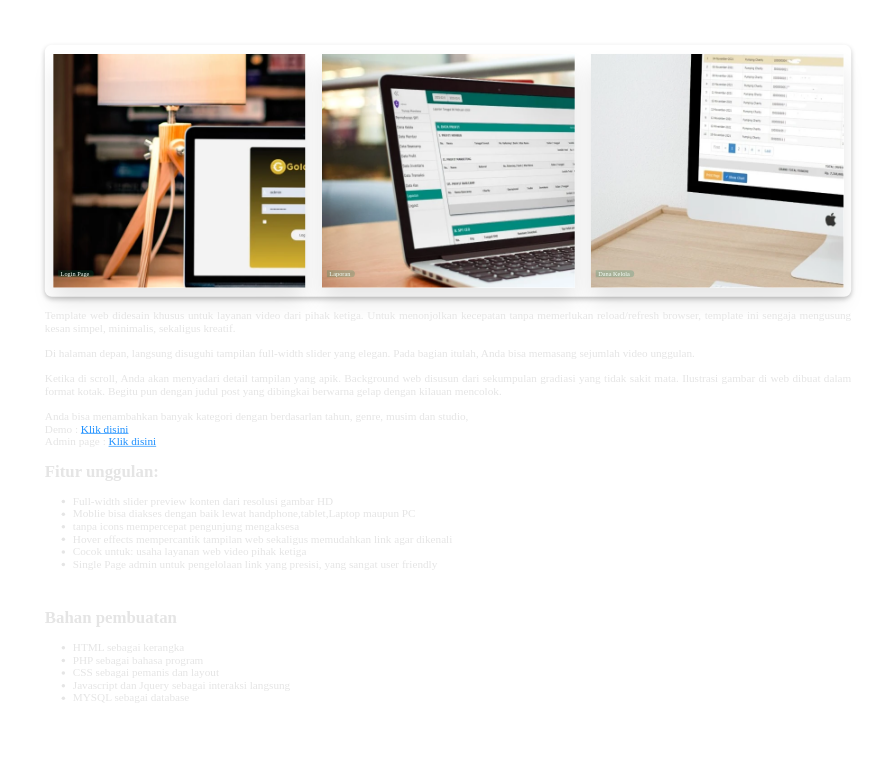
Repository: yusup-maulana/yusup-maulana.github.io
Page: portofolio-webanime.html
An editor plug-in stored every save of this project. The page is shown before and after the next save, followed by the edit.
The browser window is 1280 px wide. The pictures show the part of the page from y = 0 to 1920 px (the page is 1086 px tall before and 3086 px after), at 70% of full size.
Some web fonts or font styles are not loaded; a fallback is used.

Above is the page before, as saved 2023-03-15 17:17:00.

### portofolio-webanime.html
<style type="text/css">
  @import url("https://fonts.googleapis.com/css?family=Baloo+Chettan+2&display=swap");

  .body2::-webkit-scrollbar {
    width: 0.5em;
  }

  .body2::-webkit-scrollbar-track {
    box-shadow: inset 0 0 6px rgb(167 167 167 / 41%);
    background-color: #061e29;
  }

  .body2::-webkit-scrollbar-thumb {
    background-color: #00f1ffab;
  }

  .body2 {
    font-family: "Baloo Chettan 2";
    color: #e5e5e5;
    margin: 2%;
    text-align: justify;
    padding: 3%;
  }

  .body2 a {
    color: dodgerblue;
  }

  /* table wisata ...................*/
  .twisata {
  }

  .twisata tr {
    background: linear-gradient(90deg, #1193a1, transparent);
    color: white;
    font-weight: 900;
    border: 3px solid #ffffff;
  }

  .twisata tr td {
  }

  .twisata tr td span {
    background: #bdffda;
    font-weight: 900;
    padding: 1px 6px;
    border-radius: 5px;
    color: #08102b;
  }

  /* wisata-container ...................*/
  .container-wisata {
    box-shadow: rgb(0 0 0 / 24%) 0px 3px 8px;
    display: flex;
    width: 100%;
    padding: 1% 0%;
    box-sizing: border-box;
    height: 50vh;
    border-radius: 10px;
  }

  .boxwisata {
    flex: 1;
    overflow: hidden;
    transition: 0.5s;
    margin: 1px 1%;
    box-shadow: 0 20px 30px rgba(0, 0, 0, 0.1);
    line-height: 0;
  }

  .boxwisata > img {
    width: 200%;
    height: calc(100% - 10vh);
    object-fit: cover;
    transition: 0.5s;
    height: 100% !important;
  }

  .boxwisata > span {
    position: relative;
    left: 7px;
    font-size: xx-small;
    color: #f5fff7 !important;
    bottom: 20px;
    white-space: nowrap;
    background-color: rgb(1 118 74 / 20%);
    padding: 0 6px 0 4px;
    border-radius: 0 10px 10px 0;
  }

  .boxwisata:hover {
    flex: 1 1 50%;
  }

  .boxwisata:hover > img {
    width: 100%;
    height: 100%;
  }
</style>
<div class="container-wisata">
  <div class="boxwisata">
    <img alt="Curug Cipalasari" src="IMG/pumpingcharity/man.pumpingc1.webp" />
    <span>Login Page</span>
  </div>
  <div class="boxwisata">
    <img alt="Curug Cipalasari" src="IMG/pumpingcharity/man.pumpingc2.webp" />
    <span>Laporan</span>
  </div>
  <div class="boxwisata">
    <img alt="Curug Cipalasari" src="IMG/pumpingcharity/man.pumpingc3.webp" />
    <span>Dana Kelola</span>
  </div>
</div>
<br />

<body class="body2">
  Template web didesain khusus untuk layanan video dari pihak ketiga. Untuk
  menonjolkan kecepatan tanpa memerlukan reload/refresh browser, template ini
  sengaja mengusung kesan simpel, minimalis, sekaligus kreatif. <br /><br />
  Di halaman depan, langsung disuguhi tampilan full-width slider yang elegan.
  Pada bagian itulah, Anda bisa memasang sejumlah video unggulan.
  <br /><br />
  Ketika di scroll, Anda akan menyadari detail tampilan yang apik. Background
  web disusun dari sekumpulan gradiasi yang tidak sakit mata. Ilustrasi gambar
  di web dibuat dalam format kotak. Begitu pun dengan judul post yang dibingkai
  berwarna gelap dengan kilauan mencolok.
  <br /><br />
  Anda bisa menambahkan banyak kategori dengan berdasarlan tahun, genre, musim
  dan studio, <br />
  Demo :
  <a target="_blank" href="https://maulanaproject1.000webhostapp.com/"
    >Klik disini</a
  ><br />
  Admin page :
  <a
    target="_blank"
    href="https://maulanaproject1.000webhostapp.com/anime/admin_utama.php"
    >Klik disini</a
  ><br />
  <h2>Fitur unggulan:</h2>
  <ul>
    <li>Full-width slider preview konten dari resolusi gambar HD</li>
    <li>
      Moblie bisa diakses dengan baik lewat handphone,tablet,Laptop maupun PC
    </li>
    <li>tanpa icons mempercepat pengunjung mengaksesa</li>
    <li>
      Hover effects mempercantik tampilan web sekaligus memudahkan link agar
      dikenali
    </li>
    <li>Cocok untuk: usaha layanan web video pihak ketiga</li>
    <li>
      Single Page admin untuk pengelolaan link yang presisi, yang sangat user
      friendly
    </li>
  </ul>
  <br />
  <h2>Bahan pembuatan</h2>
  <ul>
    <li>HTML sebagai kerangka</li>
    <li>PHP sebagai bahasa program</li>
    <li>CSS sebagai pemanis dan layout</li>
    <li>Javascript dan Jquery sebagai interaksi langsung</li>
    <li>MYSQL sebagai database</li>
  </ul>
</body>

After the next save:
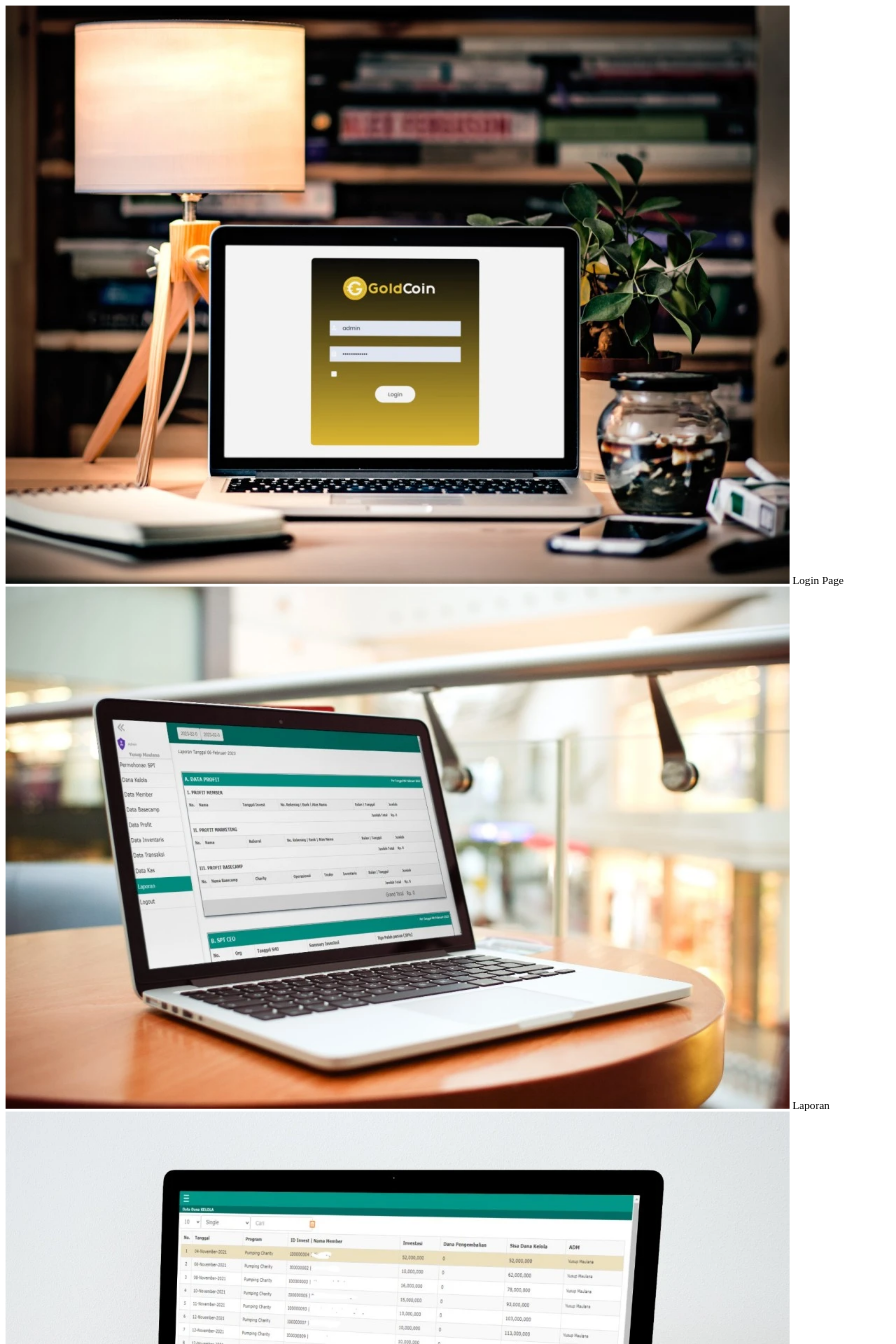
Saved 53 s later.
--- a/portofolio-webanime.html
+++ b/portofolio-webanime.html
@@ -1,101 +1,5 @@
 <style type="text/css">
   @import url("https://fonts.googleapis.com/css?family=Baloo+Chettan+2&display=swap");
-
-  .body2::-webkit-scrollbar {
-    width: 0.5em;
-  }
-
-  .body2::-webkit-scrollbar-track {
-    box-shadow: inset 0 0 6px rgb(167 167 167 / 41%);
-    background-color: #061e29;
-  }
-
-  .body2::-webkit-scrollbar-thumb {
-    background-color: #00f1ffab;
-  }
-
-  .body2 {
-    font-family: "Baloo Chettan 2";
-    color: #e5e5e5;
-    margin: 2%;
-    text-align: justify;
-    padding: 3%;
-  }
-
-  .body2 a {
-    color: dodgerblue;
-  }
-
-  /* table wisata ...................*/
-  .twisata {
-  }
-
-  .twisata tr {
-    background: linear-gradient(90deg, #1193a1, transparent);
-    color: white;
-    font-weight: 900;
-    border: 3px solid #ffffff;
-  }
-
-  .twisata tr td {
-  }
-
-  .twisata tr td span {
-    background: #bdffda;
-    font-weight: 900;
-    padding: 1px 6px;
-    border-radius: 5px;
-    color: #08102b;
-  }
-
-  /* wisata-container ...................*/
-  .container-wisata {
-    box-shadow: rgb(0 0 0 / 24%) 0px 3px 8px;
-    display: flex;
-    width: 100%;
-    padding: 1% 0%;
-    box-sizing: border-box;
-    height: 50vh;
-    border-radius: 10px;
-  }
-
-  .boxwisata {
-    flex: 1;
-    overflow: hidden;
-    transition: 0.5s;
-    margin: 1px 1%;
-    box-shadow: 0 20px 30px rgba(0, 0, 0, 0.1);
-    line-height: 0;
-  }
-
-  .boxwisata > img {
-    width: 200%;
-    height: calc(100% - 10vh);
-    object-fit: cover;
-    transition: 0.5s;
-    height: 100% !important;
-  }
-
-  .boxwisata > span {
-    position: relative;
-    left: 7px;
-    font-size: xx-small;
-    color: #f5fff7 !important;
-    bottom: 20px;
-    white-space: nowrap;
-    background-color: rgb(1 118 74 / 20%);
-    padding: 0 6px 0 4px;
-    border-radius: 0 10px 10px 0;
-  }
-
-  .boxwisata:hover {
-    flex: 1 1 50%;
-  }
-
-  .boxwisata:hover > img {
-    width: 100%;
-    height: 100%;
-  }
 </style>
 <div class="container-wisata">
   <div class="boxwisata">

After the save that followed:
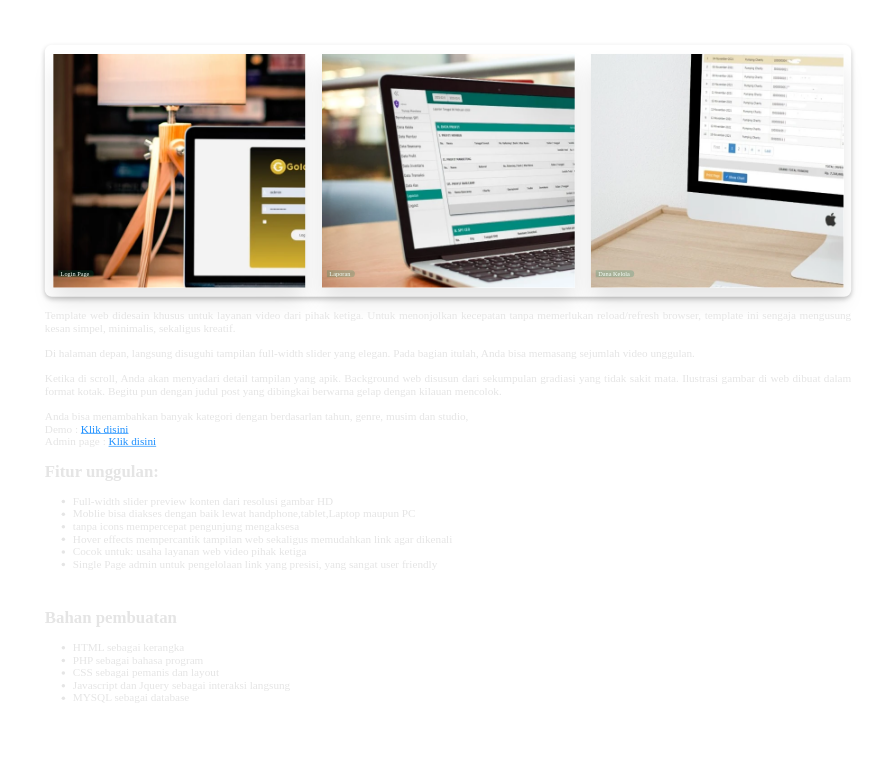
Saved 4 s later.
--- a/portofolio-webanime.html
+++ b/portofolio-webanime.html
@@ -1,5 +1,101 @@
 <style type="text/css">
   @import url("https://fonts.googleapis.com/css?family=Baloo+Chettan+2&display=swap");
+
+  .body2::-webkit-scrollbar {
+    width: 0.5em;
+  }
+
+  .body2::-webkit-scrollbar-track {
+    box-shadow: inset 0 0 6px rgb(167 167 167 / 41%);
+    background-color: #061e29;
+  }
+
+  .body2::-webkit-scrollbar-thumb {
+    background-color: #00f1ffab;
+  }
+
+  .body2 {
+    font-family: "Baloo Chettan 2";
+    color: #e5e5e5;
+    margin: 2%;
+    text-align: justify;
+    padding: 3%;
+  }
+
+  .body2 a {
+    color: dodgerblue;
+  }
+
+  /* table wisata ...................*/
+  .twisata {
+  }
+
+  .twisata tr {
+    background: linear-gradient(90deg, #1193a1, transparent);
+    color: white;
+    font-weight: 900;
+    border: 3px solid #ffffff;
+  }
+
+  .twisata tr td {
+  }
+
+  .twisata tr td span {
+    background: #bdffda;
+    font-weight: 900;
+    padding: 1px 6px;
+    border-radius: 5px;
+    color: #08102b;
+  }
+
+  /* wisata-container ...................*/
+  .container-wisata {
+    box-shadow: rgb(0 0 0 / 24%) 0px 3px 8px;
+    display: flex;
+    width: 100%;
+    padding: 1% 0%;
+    box-sizing: border-box;
+    height: 50vh;
+    border-radius: 10px;
+  }
+
+  .boxwisata {
+    flex: 1;
+    overflow: hidden;
+    transition: 0.5s;
+    margin: 1px 1%;
+    box-shadow: 0 20px 30px rgba(0, 0, 0, 0.1);
+    line-height: 0;
+  }
+
+  .boxwisata > img {
+    width: 200%;
+    height: calc(100% - 10vh);
+    object-fit: cover;
+    transition: 0.5s;
+    height: 100% !important;
+  }
+
+  .boxwisata > span {
+    position: relative;
+    left: 7px;
+    font-size: xx-small;
+    color: #f5fff7 !important;
+    bottom: 20px;
+    white-space: nowrap;
+    background-color: rgb(1 118 74 / 20%);
+    padding: 0 6px 0 4px;
+    border-radius: 0 10px 10px 0;
+  }
+
+  .boxwisata:hover {
+    flex: 1 1 50%;
+  }
+
+  .boxwisata:hover > img {
+    width: 100%;
+    height: 100%;
+  }
 </style>
 <div class="container-wisata">
   <div class="boxwisata">
